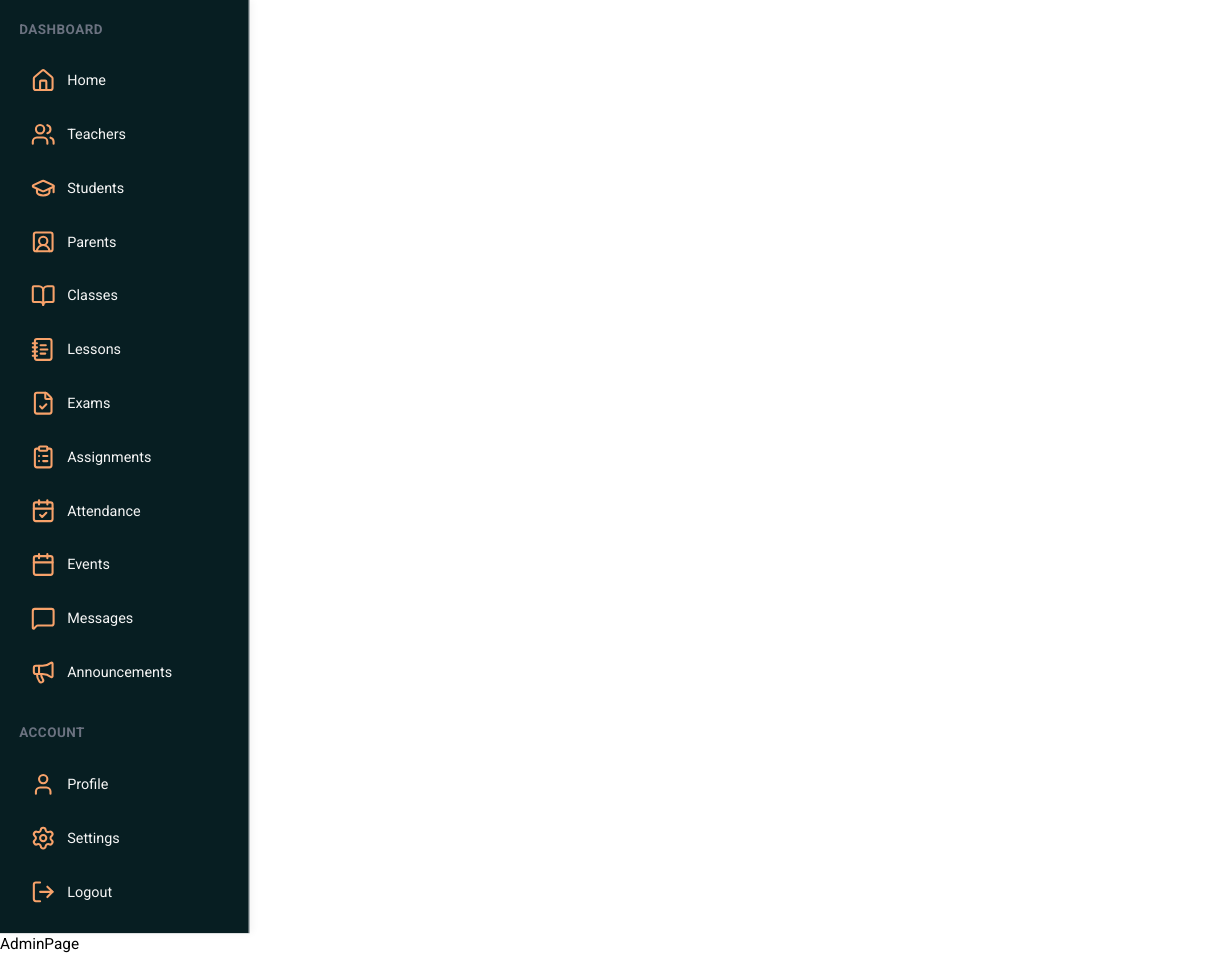
Repository: GlorifiedIntel/student-portal
Page: /admin
The author's editor kept a copy of each file at every save. The page is drawn from the files as they stood at one save, then again after the next save.
The browser window is 1280 px wide. The pictures show the whole page, at 96% of full size.
The project was rebuilt for these pictures with package versions that can differ from the ones it lists, and the page was loaded fresh each time. The framework's server and built-in components were replaced by stand-ins that run in the browser. Also part of the build but not shown: next.config.mjs, src/app/(dashboard)/Layout.module.css.

Above is the page before, as saved 2025-08-21 14:03:01.

After the next save:
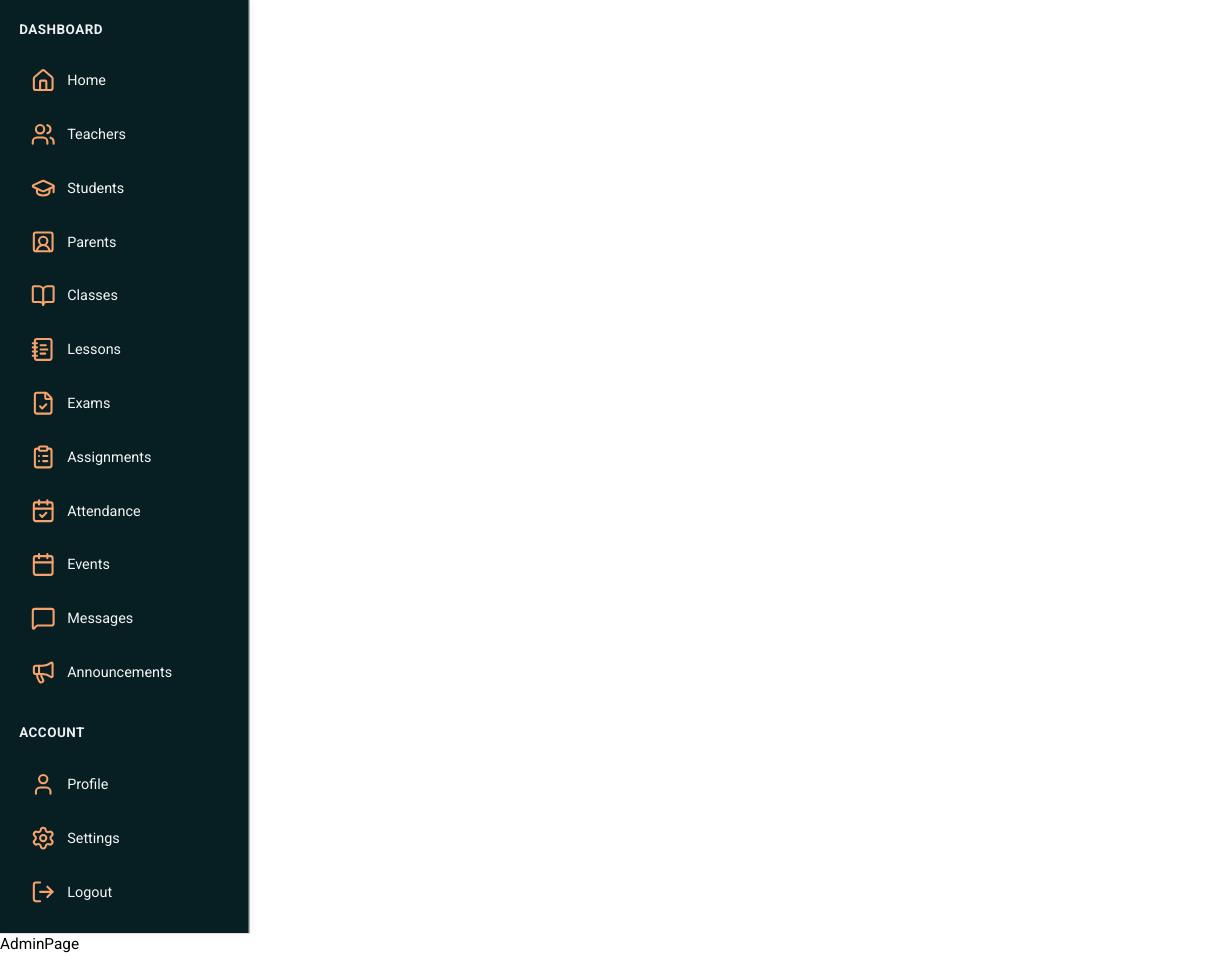
Saved 58 s later.
--- a/src/components/Menu.module.css
+++ b/src/components/Menu.module.css
@@ -19,8 +19,8 @@
 
 .menu-title {
   font-size: 14px;
-  font-weight: 600;
-  color: #6b7280;
+  font-weight: 700;
+  color: #eeeff3;
   text-transform: uppercase;
   margin-bottom: 10px;
   letter-spacing: 0.5px;
